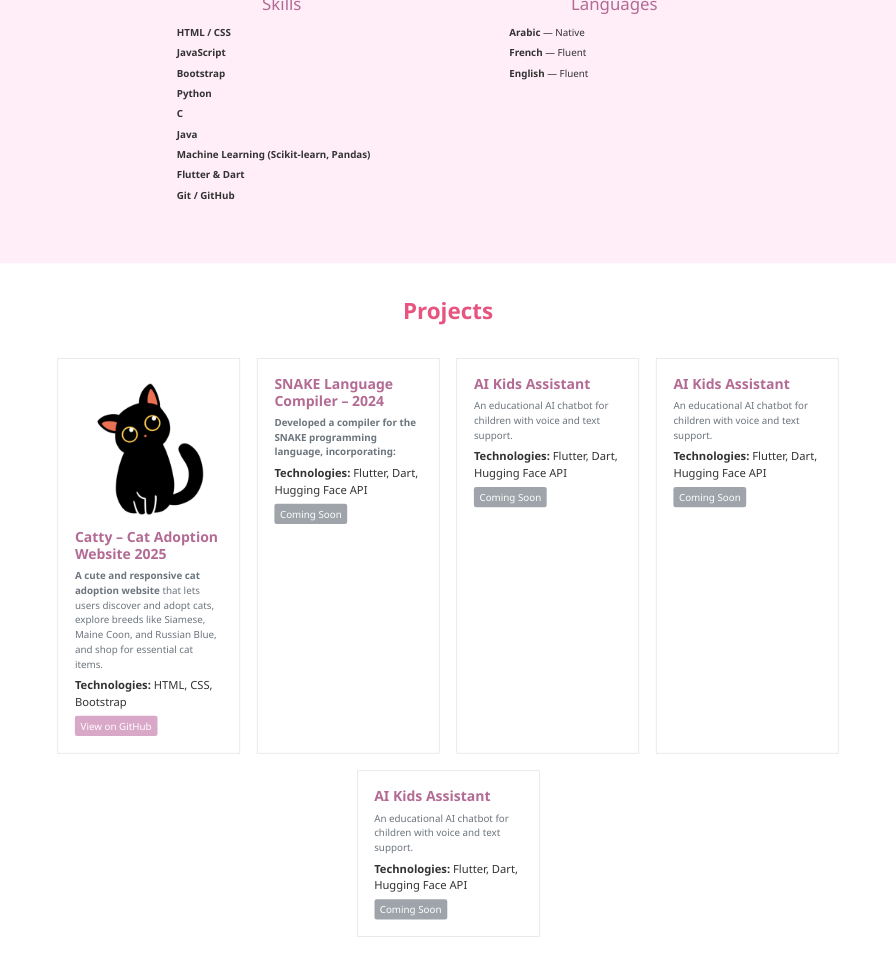
Repository: rihebtlh/portfolio
Page: new.html
These files come from the project's save history. The page is drawn as it stood at one moment and after the next save; the edit follows.
The browser window is 1280 px wide. The pictures show the part of the page from y = 2261 to 4181 px (the page is 3648 px tall before and 4181 px after), at 70% of full size.

Above is the page before, as saved 2025-07-02 16:10:01.

After the next save:
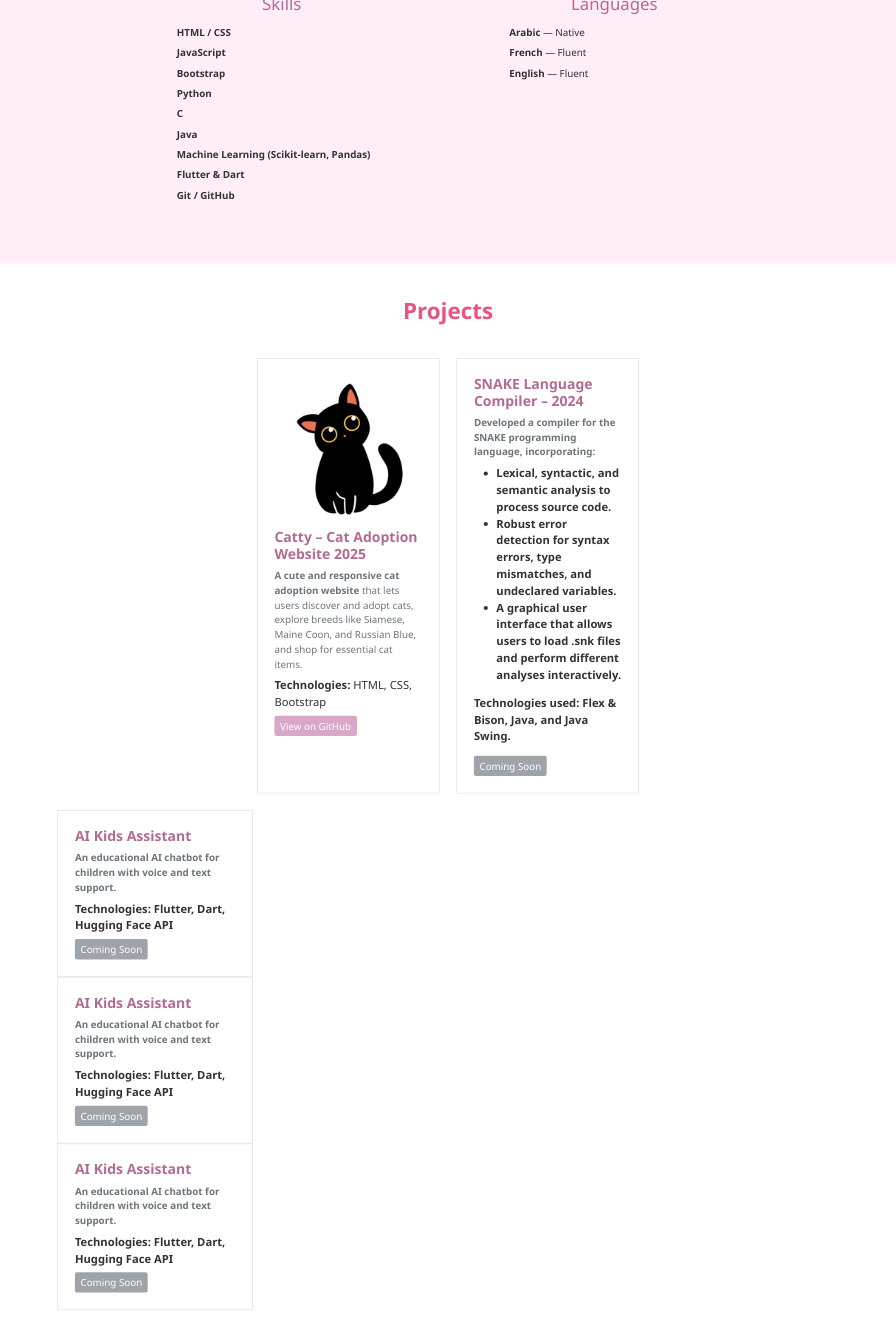
Saved 29 s later.
--- a/new.html
+++ b/new.html
@@ -281,7 +281,12 @@
             <div class="p-4 border rounded-4 h-100" style="border-color: #ffd6e8;">
               <h5 class="fw-bold" style="color: #b36b94;">SNAKE Language Compiler – 2024</h5>
               <p class="text-muted small mb-2"><strong>Developed a compiler for the SNAKE programming language, incorporating:</strong></p>
-              <p class="mb-2"><strong>Technologies:</strong> Flutter, Dart, Hugging Face API</p>
+              <p class="mb-2"><strong><ul>
+            <li>Lexical, syntactic, and semantic analysis to process source code.</li>
+            <li>Robust error detection for syntax errors, type mismatches, and undeclared variables.</li>
+            <li>A graphical user interface that allows users to load .snk files and perform different analyses interactively.</li>
+          </ul>
+          <p><strong>Technologies used:</strong> Flex & Bison, Java, and Java Swing.</p></p>
               <a href="#" target="_blank" class="btn btn-sm btn-secondary disabled">Coming Soon</a>
             </div>
           </div>

After the save that followed:
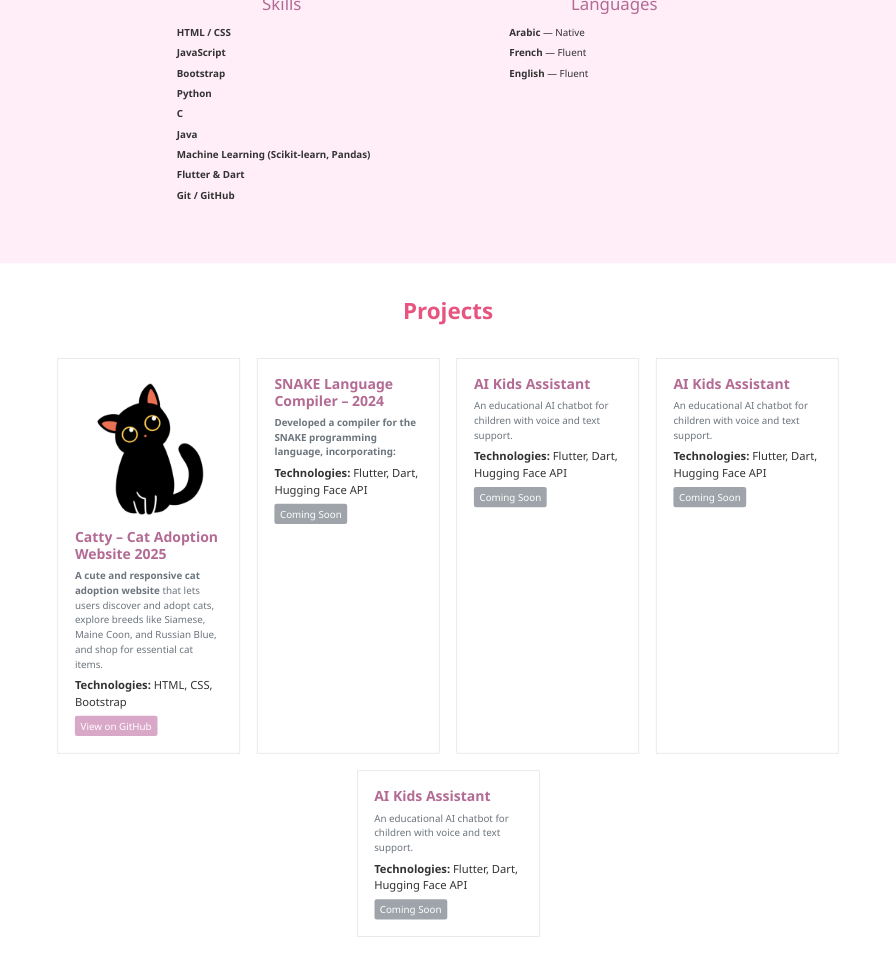
Saved 14 s later.
--- a/new.html
+++ b/new.html
@@ -281,12 +281,7 @@
             <div class="p-4 border rounded-4 h-100" style="border-color: #ffd6e8;">
               <h5 class="fw-bold" style="color: #b36b94;">SNAKE Language Compiler – 2024</h5>
               <p class="text-muted small mb-2"><strong>Developed a compiler for the SNAKE programming language, incorporating:</strong></p>
-              <p class="mb-2"><strong><ul>
-            <li>Lexical, syntactic, and semantic analysis to process source code.</li>
-            <li>Robust error detection for syntax errors, type mismatches, and undeclared variables.</li>
-            <li>A graphical user interface that allows users to load .snk files and perform different analyses interactively.</li>
-          </ul>
-          <p><strong>Technologies used:</strong> Flex & Bison, Java, and Java Swing.</p></p>
+              <p class="mb-2"><strong>Technologies:</strong> Flutter, Dart, Hugging Face API</p>
               <a href="#" target="_blank" class="btn btn-sm btn-secondary disabled">Coming Soon</a>
             </div>
           </div>
